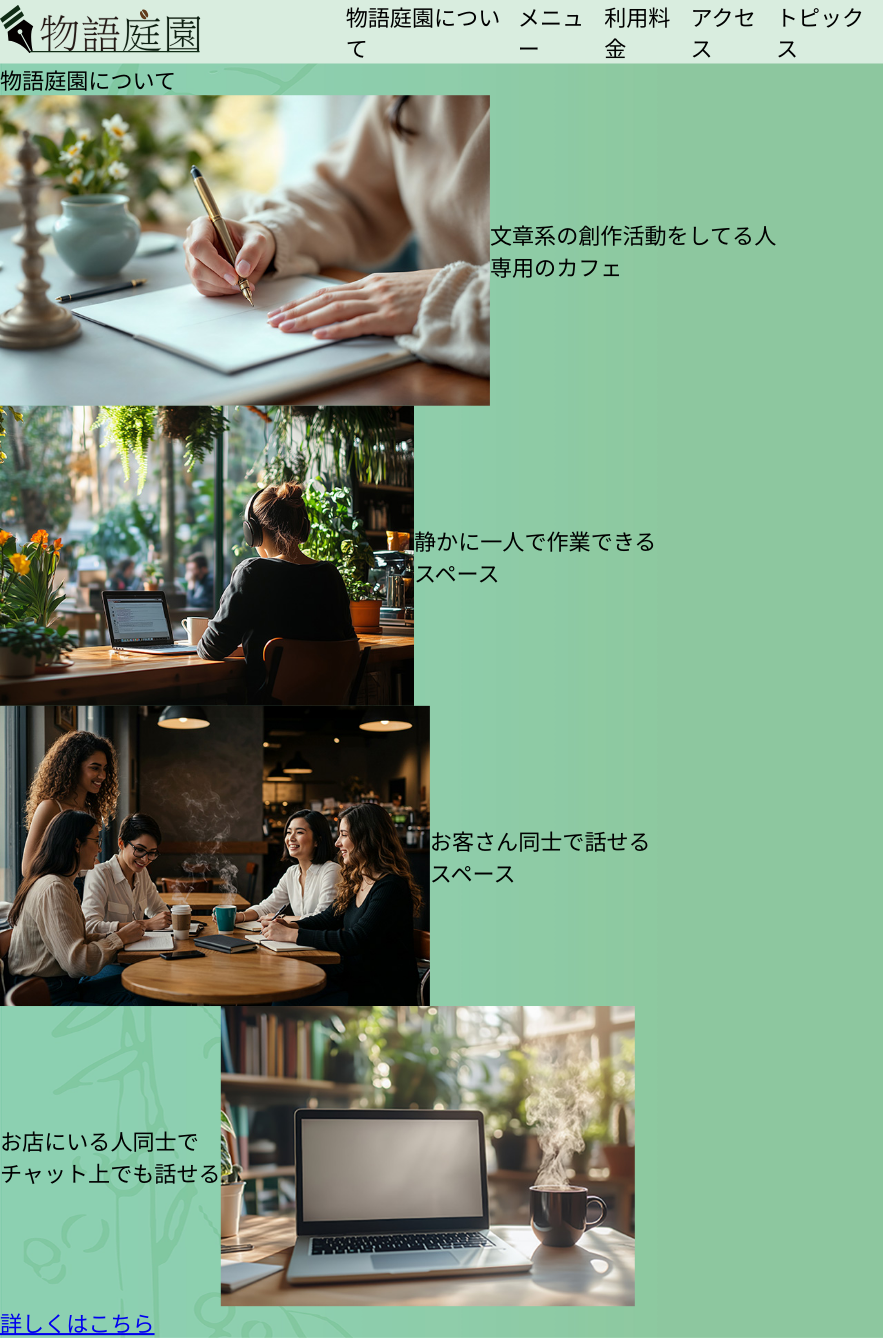
Repository: saka-kou/GardenStory
Page: index.html
These files come from the project's save history. The page is drawn as it stood at one moment and after the next save; the edit follows.
The browser window is 1280 px wide. The pictures show the whole page, at 69% of full size.
Some web fonts or font styles are not loaded; a fallback is used.

Above is the page before, as saved 2025-07-23 17:44:06.

After the next save:
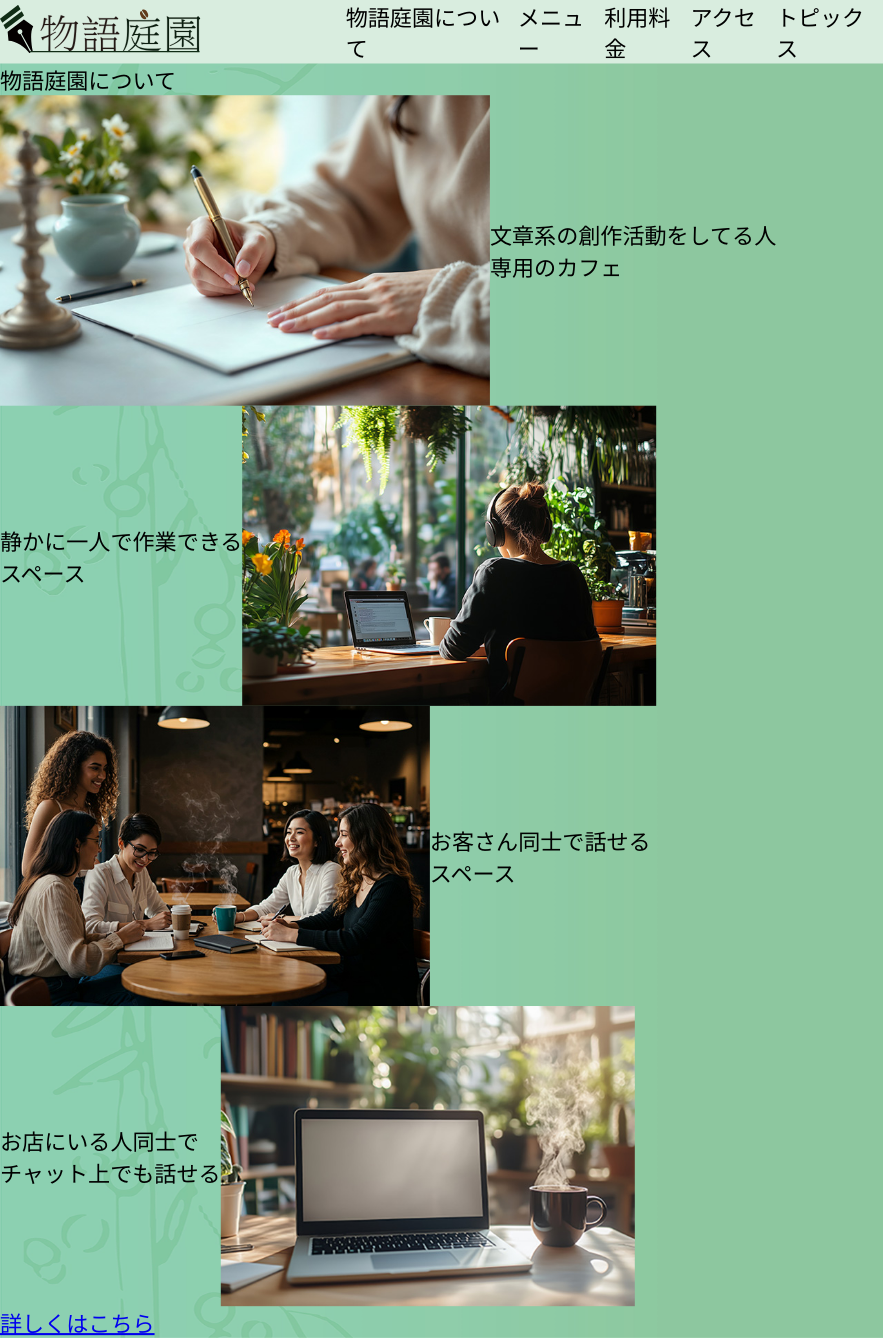
Saved 65 s later.
--- a/index.html
+++ b/index.html
@@ -30,10 +30,10 @@
         </p>
     </div>
     <div id="setumei">
-        <img src="images/work.jpeg" alt="作業" class="rightimag">
         <p class="consept-text">静かに一人で作業できる<br>
             スペース
         </p>
+        <img src="images/work.jpeg" alt="作業" class="rightimag">
     </div>
     <div id="setumei">
         <img src="images/talk.jpeg" alt="話せる" class="leftimg">
